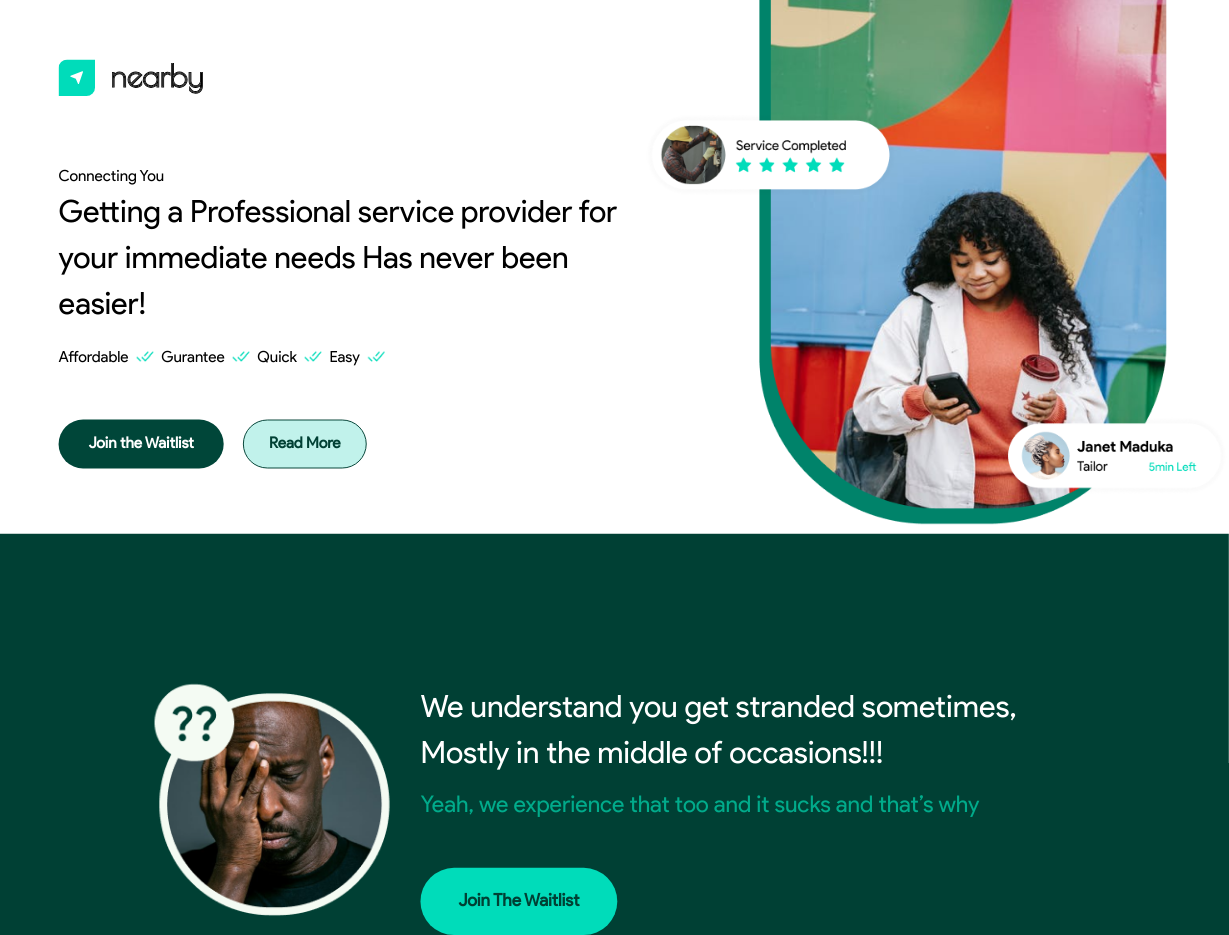
Repository: Eugene44-hub/Mearby
Page: /
The author's editor kept a copy of each file at every save. The page is drawn from the files as they stood at one save, then again after the next save.
The browser window is 1280 px wide. The pictures show the whole page, at 96% of full size.
The project was rebuilt for these pictures with package versions that can differ from the ones it lists, and the page was loaded fresh each time.

Above is the page before, as saved 2022-04-30 07:38:37.

### src/App.tsx
import React from 'react';
import Hero from './components/hero/Hero';
import Nav from './components/nav/Nav';
import LandingPage from './pages/landing/LandingPage';

function App() {
  return (
   <>
<Nav/>
<LandingPage/>
</>

);
}

export default App;

### src/components/nav/Nav.tsx
import React from 'react';
import send from '../../assets/images/send.svg';
import nearby from '../../assets/images/nearby logo.svg';
import styles from "./Nav.module.css"
const Nav = () => {
	return (
		<nav className={`md:h-auto h-[96.57px] ${styles.nav} flex`}>
			<header className="m-auto block md:hidden">
				<div className="flex justify-center">
					<img
						src={send}
						className="bg-[#00DCBA] mr-[16.79px] p-3 rounded-tl-[8.91471px] rounded-br-[8.91471px]"
						alt="send"
					/>
					<img src={nearby} alt="send" />
				</div>
			</header>
		</nav>
	);
};

export default Nav;

### src/pages/landing/LandingPage.tsx
import React from 'react'
import Hero from '../../components/hero/Hero';
import Understand from '../../components/understand/Understand';
const LandingPage = () => {
  return (
    <>

    <Hero/>
    <Understand/>
    </>
  )
}

export default LandingPage

### src/components/nav/Nav.module.css
@media screen and (max-width:768px) {
    .nav{
/* display: none; */
/* bg-[#014034] */
background-color:#014034;
}
}

### src/components/hero/Hero.tsx
import React from 'react';
import styles from './Hero.module.css';
import checked from '../../assets/images/checked.png';
import heroImg from '../../assets/images/heroImg.png';
import send from '../../assets/images/send.svg';
import nearby from '../../assets/images/nearbyDark.svg';

const Hero = () => {
	const minorText: string[] = [ 'affordable', 'gurantee', 'quick', 'easy' ];
	return (
		<section className="container md:pl-[61px]">
			<div className={`${styles.container} md:flex justify-between`}>
				<div className={`${styles.heroContainer} mb-[3rem] flex flex-wrap md:w-[50%]`}>
					<div className="md:flex w-[20%] hidden mt-[62px] items-center">
						<img
							src={send}
							className="bg-[#00DCBA] w-[100%] mr-[16.79px] p-3 rounded-tl-[8.91471px] rounded-br-[8.91471px]"
							alt="send"
						/>
						<img src={nearby} alt="send" />
					</div>

					<div className="m-auto">
						<h2 className={` ${styles.connectHead} flex items-end md:h-[95.5px]`}>Connecting You</h2>
						<p className={`text-[2rem] ${styles.connectText}`}>
							Getting a Professional service provider for your immediate needs Has never been easier!
						</p>
					</div>

					<ul className={`${styles.connectList} mt-5 flex justify-between `}>
						{minorText.map((item, index) => (
							<li key={index} className="flex items-center capitalize mr-2">
								{item} <img src={checked} className="w-[18px] ml-2" alt="checked" />
							</li>
						))}
					</ul>

					<div className="w-[100%] md:pt-[53px] md:px-0 p-5">
						<button className="bg-[#004639] font-bold w-[172px] h-[51px] text-white mr-5 rounded-[50px]">
							Join the Waitlist
						</button>
						<button className="bg-[#C1F2EB] font-bold w-[129px] h-[51px] rounded-[50px] text-[#004034] border border-[#004034] capitalize">
							read more
						</button>
					</div>
				</div>
				<div className="md:w-[50%]">
					<img src={heroImg} className={styles.heroImg} alt="" />
				</div>
			</div>
		</section>
	);
};

export default Hero;
// wKcVoY0oBaK0dDUj5
// yX2Q8nskPsN4AjVkAPMBM

### src/components/understand/Understand.tsx
import React from 'react'
import understand from "../../assets/images/understand.png"
import WaitLight from "../../components/Buttons/WaitLight"
const Understand = () => {
  return (
    <div className='bg-[#004034]'>
 <div className='container  md:px-0 px-5 pt-[9.75rem] md:py-5.938rem] md:pl-[61px] md:pr-[27px] md:flex justify-center  relative mt-[20rem]'>

<img src={understand} className=" absolute block md:hidden translate-x-[-50%] left-[50%] top-[-20%]" alt="understand" />
<div className='md:block hidden mr-[2rem]'>
<img src={understand} className=" w-[100%]"alt="understand" />

</div>

<div className='md:w-[60%] md:mx-0 mx-auto '>
<div>
<p className='text-[2rem] text-white'>
We understand you get stranded sometimes, Mostly in the middle of occasions!!!
</p>
<p className='mt-3 text-[1.5rem] text-[#01AB8B] '>
Yeah, we experience that too and it sucks and that’s why  </p>
</div>

<div className='pt-[3rem]'>
<WaitLight/>
</div>

</div>



  </div>
    </div>

  )
}

export default Understand

### src/components/hero/Hero.module.css
.container{
height: 812px;
background-image: url(../../assets/images/mobileHero.png);
background-repeat: no-repeat;
background-position: center;
background-size: 133% 100%;
}


.heroImg{
    display: none;
    width: 100%;
}
.heroContainer{
    /* background-color: black; */
    color: white;

}
.connectHead,.connectText,.connectList{
    padding: 20px;

}
@media screen and (min-width:600px) {
    .container{
    background-image:none;
    height: auto;
}
.connectHead{
    background-color: none;
}
.heroImg{
    display: block;
}
.connectHead{
    background-color: none;
}
.heroContainer{
    /* background-color: black; */
    color: black ;
}

}

@media screen and (min-width:768px) {
    .connectHead,.connectText,.connectList{
        padding: 0px;
    }

}


@media screen and (max-width:600px){
.connectHead{
    background-color: #004034;
}

}
/* .minorTxt{
} */
/* linear-gradient(rgba(0, 64, 52, 1), rgba(0, 57, 64, 0)) */
/* linear-gradient(rgba(0, 64, 52, 1),rgba(0, 64, 52, 1)) */

### src/components/Buttons/WaitLight.tsx
import React from 'react'
import styles from "./Button.module.css"

const Wait = () => {
  return (
    <button className={`${styles.light} capitalize`}>Join the waitlist</button>

  )
}

export default Wait

### src/components/Buttons/Button.module.css
    .light {
        background-color: #00DCBA;
        color: #004034;
        width: 205px;
        font-size: 1.125rem;
    }

    .dark {
        background-color: #004639;
        color: #004034;
        font-size: "1rem";
        width: 192px;
    }

    .light,
    .dark {
        height: 70px;
        border-radius: 50px;
        font-weight: bold;
    }

Loaded but not shown: public/index.html (common file); src/index.tsx (common file); src/index.css (common file); tailwind.config.js (common file)

After the next save:
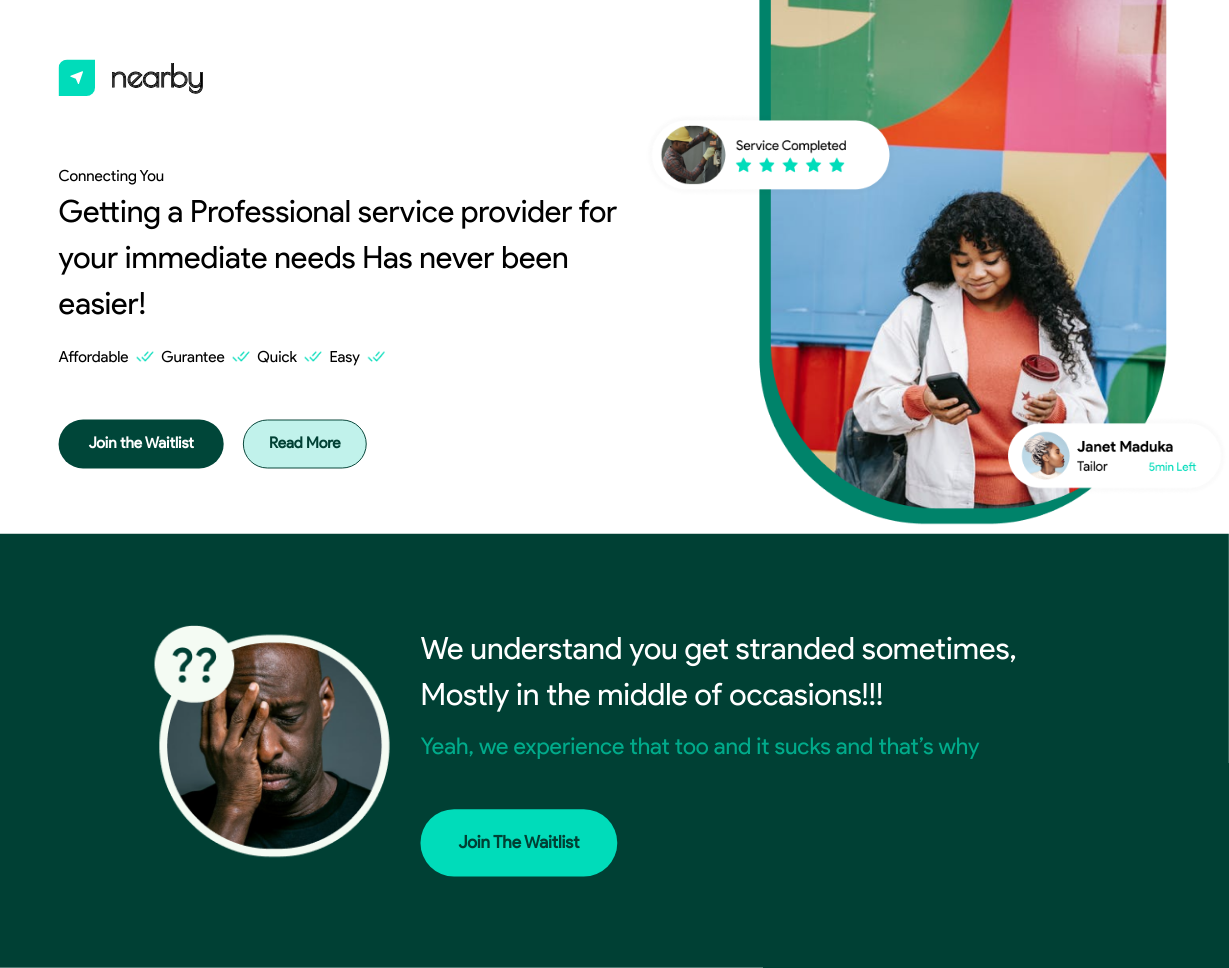
Saved 6 s later.
--- a/src/components/understand/Understand.tsx
+++ b/src/components/understand/Understand.tsx
@@ -4,7 +4,7 @@ import WaitLight from "../../components/Buttons/WaitLight"
 const Understand = () => {
   return (
     <div className='bg-[#004034]'>
- <div className='container  md:px-0 px-5 pt-[9.75rem] md:py-5.938rem] md:pl-[61px] md:pr-[27px] md:flex justify-center  relative mt-[20rem]'>
+ <div className='container  md:px-0 px-5 pt-[9.75rem] md:py-[5.938rem] md:pl-[61px] md:pr-[27px] md:flex justify-center  relative mt-[20rem]'>
 
 <img src={understand} className=" absolute block md:hidden translate-x-[-50%] left-[50%] top-[-20%]" alt="understand" />
 <div className='md:block hidden mr-[2rem]'>
